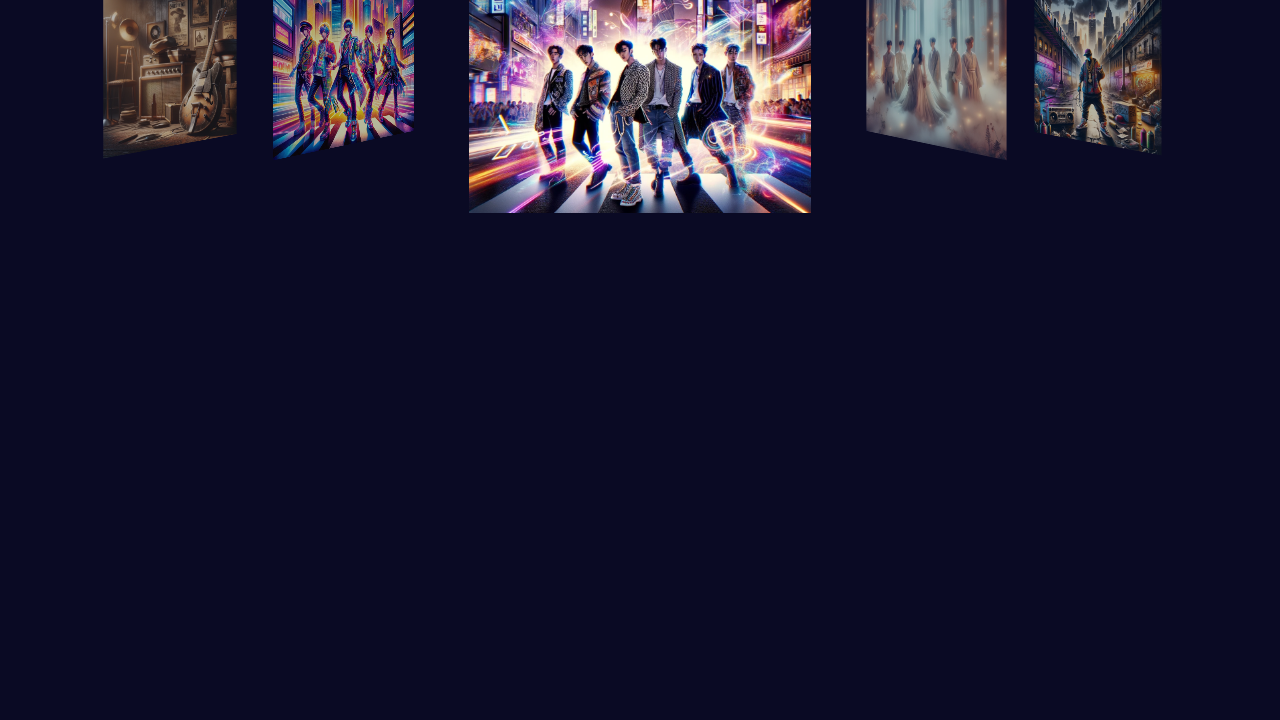
Repository: FujieRyou/2024_team
Page: /components/musicSlide
An editor plug-in stored every save of this project. The page is shown before and after the next save, followed by the edit.
The browser window is 1280 px wide. The pictures show the whole page.
The project was rebuilt for these pictures with package versions that can differ from the ones it lists, and the page was loaded fresh each time. The framework's server and built-in components were replaced by stand-ins that run in the browser. Also part of the build but not shown: next.config.js.

Above is the page before, as saved 2024-02-09 08:58:40.

### src/pages/_app.jsx
import "@/styles/ress.css"
import '@/styles/index.css'

export default function App({ Component, pageProps }) {
  return <Component {...pageProps} />
}

### src/pages/components/musicSlide.jsx
// pages/scroll2.jsx
import { useEffect, useState } from 'react';
import Image from 'next/image';

export default function Scroll2() {
    const [current, setCurrent] = useState(0);
    const sliderLength = 5; // 仮にスライダーの要素数を6とします

useEffect(() => {
        const interval = setInterval(() => {
        setCurrent((current) => (current + 1) % sliderLength);
    }, 3000);

    return () => clearInterval(interval);
}, []);

const getClassName = (index) => {
    if (index === current) return 'third';
    else if (index === (current + 1) % sliderLength) return 'fourth';
    else if (index === (current + 2) % sliderLength) return 'fifth';
    else if (index === (current - 1 + sliderLength) % sliderLength) return 'second';
    else if (index === (current - 2 + sliderLength) % sliderLength) return 'first';
    else return 'un-active';
};

return (
    <>
        <div className="scrollContent">
            <div className="scrollWrap">
                <ul className="scroll">
                    <li className={getClassName(0)}><Image src="/img/scroll.webp" alt="" width={145} height={145} /></li>
                    <li className={getClassName(1)}><Image src="/img/scroll2.webp" alt="" width={145} height={145} /></li>
                    <li className={getClassName(2)}><Image src="/img/scroll3.webp" alt="" width={145} height={145} /></li>
                    <li className={getClassName(3)}><Image src="/img/scroll4.webp" alt="" width={145} height={145} /></li>
                    <li className={getClassName(4)}><Image src="/img/scroll5.webp" alt="" width={145} height={145} /></li>
                </ul>
            </div>
        </div>
    </>
);
}

### src/styles/ress.css
/*!
 * ress.css • v4.0.0
 * MIT License
 * github.com/filipelinhares/ress
 */

/* # =================================================================
   # Global selectors
   # ================================================================= */

   html {
    box-sizing: border-box;
    -webkit-text-size-adjust: 100%; /* Prevent adjustments of font size after orientation changes in iOS */
    word-break: normal;
    -moz-tab-size: 4;
    tab-size: 4;
  }

  *,
  ::before,
  ::after {
    background-repeat: no-repeat; /* Set `background-repeat: no-repeat` to all elements and pseudo elements */
    box-sizing: inherit;
  }

  ::before,
  ::after {
    text-decoration: inherit; /* Inherit text-decoration and vertical align to ::before and ::after pseudo elements */
    vertical-align: inherit;
  }

  * {
    padding: 0; /* Reset `padding` and `margin` of all elements */
    margin: 0;
  }

  /* # =================================================================
     # General elements
     # ================================================================= */

  hr {
    overflow: visible; /* Show the overflow in Edge and IE */
    height: 0; /* Add the correct box sizing in Firefox */
    color: inherit; /* Correct border color in Firefox. */
  }

  details,
  main {
    display: block; /* Render the `main` element consistently in IE. */
  }

  summary {
    display: list-item; /* Add the correct display in all browsers */
  }

  small {
    font-size: 80%; /* Set font-size to 80% in `small` elements */
  }

  [hidden] {
    display: none; /* Add the correct display in IE */
  }

  abbr[title] {
    border-bottom: none; /* Remove the bottom border in Chrome 57 */
    /* Add the correct text decoration in Chrome, Edge, IE, Opera, and Safari */
    text-decoration: underline;
    text-decoration: underline dotted;
  }

  a {
    background-color: transparent; /* Remove the gray background on active links in IE 10 */
  }

  a:active,
  a:hover {
    outline-width: 0; /* Remove the outline when hovering in all browsers */
  }

  code,
  kbd,
  pre,
  samp {
    font-family: monospace, monospace; /* Specify the font family of code elements */
  }

  pre {
    font-size: 1em; /* Correct the odd `em` font sizing in all browsers */
  }

  b,
  strong {
    font-weight: bolder; /* Add the correct font weight in Chrome, Edge, and Safari */
  }

  /* https://gist.github.com/unruthless/413930 */
  sub,
  sup {
    font-size: 75%;
    line-height: 0;
    position: relative;
    vertical-align: baseline;
  }

  sub {
    bottom: -0.25em;
  }

  sup {
    top: -0.5em;
  }

  table {
    border-color: inherit; /* Correct border color in all Chrome, Edge, and Safari. */
    text-indent: 0; /* Remove text indentation in Chrome, Edge, and Safari */
  }

  /* # =================================================================
     # Forms
     # ================================================================= */

  input {
    border-radius: 0;
  }

  /* Replace pointer cursor in disabled elements */
  [disabled] {
    cursor: default;
  }

  [type='number']::-webkit-inner-spin-button,
  [type='number']::-webkit-outer-spin-button {
    height: auto; /* Correct the cursor style of increment and decrement buttons in Chrome */
  }

  [type='search'] {
    -webkit-appearance: textfield; /* Correct the odd appearance in Chrome and Safari */
    outline-offset: -2px; /* Correct the outline style in Safari */
  }

  [type='search']::-webkit-search-decoration {
    -webkit-appearance: none; /* Remove the inner padding in Chrome and Safari on macOS */
  }

  textarea {
    overflow: auto; /* Internet Explorer 11+ */
    resize: vertical; /* Specify textarea resizability */
  }

  button,
  input,
  optgroup,
  select,
  textarea {
    font: inherit; /* Specify font inheritance of form elements */
  }

  optgroup {
    font-weight: bold; /* Restore the font weight unset by the previous rule */
  }

  button {
    overflow: visible; /* Address `overflow` set to `hidden` in IE 8/9/10/11 */
  }

  button,
  select {
    text-transform: none; /* Firefox 40+, Internet Explorer 11- */
  }

  /* Apply cursor pointer to button elements */
  button,
  [type='button'],
  [type='reset'],
  [type='submit'],
  [role='button'] {
    cursor: pointer;
    color: inherit;
  }

  /* Remove inner padding and border in Firefox 4+ */
  button::-moz-focus-inner,
  [type='button']::-moz-focus-inner,
  [type='reset']::-moz-focus-inner,
  [type='submit']::-moz-focus-inner {
    border-style: none;
    padding: 0;
  }

  /* Replace focus style removed in the border reset above */
  button:-moz-focusring,
  [type='button']::-moz-focus-inner,
  [type='reset']::-moz-focus-inner,
  [type='submit']::-moz-focus-inner {
    outline: 1px dotted ButtonText;
  }

  button,
  html [type='button'], /* Prevent a WebKit bug where (2) destroys native `audio` and `video`controls in Android 4 */
  [type='reset'],
  [type='submit'] {
    -webkit-appearance: button; /* Correct the inability to style clickable types in iOS */
  }

  /* Remove the default button styling in all browsers */
  button,
  input,
  select,
  textarea {
    background-color: transparent;
    border-style: none;
  }

  a:focus,
  button:focus,
  input:focus,
  select:focus,
  textarea:focus {
    outline-width: 0;
  }

  /* Style select like a standard input */
  select {
    -moz-appearance: none; /* Firefox 36+ */
    -webkit-appearance: none; /* Chrome 41+ */
  }

  select::-ms-expand {
    display: none; /* Internet Explorer 11+ */
  }

  select::-ms-value {
    color: currentColor; /* Internet Explorer 11+ */
  }

  legend {
    border: 0; /* Correct `color` not being inherited in IE 8/9/10/11 */
    color: inherit; /* Correct the color inheritance from `fieldset` elements in IE */
    display: table; /* Correct the text wrapping in Edge and IE */
    max-width: 100%; /* Correct the text wrapping in Edge and IE */
    white-space: normal; /* Correct the text wrapping in Edge and IE */
    max-width: 100%; /* Correct the text wrapping in Edge 18- and IE */
  }

  ::-webkit-file-upload-button {
    /* Correct the inability to style clickable types in iOS and Safari */
    -webkit-appearance: button;
    color: inherit;
    font: inherit; /* Change font properties to `inherit` in Chrome and Safari */
  }

  /* # =================================================================
     # Specify media element style
     # ================================================================= */

  img {
    border-style: none; /* Remove border when inside `a` element in IE 8/9/10 */
  }

  /* Add the correct vertical alignment in Chrome, Firefox, and Opera */
  progress {
    vertical-align: baseline;
  }

  /* # =================================================================
     # Accessibility
     # ================================================================= */

  /* Specify the progress cursor of updating elements */
  [aria-busy='true'] {
    cursor: progress;
  }

  /* Specify the pointer cursor of trigger elements */
  [aria-controls] {
    cursor: pointer;
  }

  /* Specify the unstyled cursor of disabled, not-editable, or otherwise inoperable elements */
  [aria-disabled='true'] {
    cursor: default;
  }

### src/styles/index.css
html,body{
    width: 100vw;
    height: 100vh;
    background-color: #0A0A24;
    color: #fff;
}

nav{
    width: 100%;
    height: 81px;
    display: flex;
    justify-content: space-around;
    position: fixed;
    bottom: 0px;
    background-color: #0A0A24;
    border-top: solid 1px #8E8E8E;
}

.iconWrap{
    display: flex;
    flex-direction: column;
    align-items: center;
    justify-content: center;
}

.iconWrap div{
    display: flex;
    flex-direction: column;
    align-items: center;
    justify-content: center;
    text-decoration: none;
}

.iconWrap p{
    font-size: 10px;
    margin-top: 4px;
    color: #fff;
}

.loginWrap{
    width: 100vw;
    height: 100vh;
    padding-top: 200px;
}

.indexWrap{
    width: 100%;
    height: 100%;
}

/* h2{
    font-size: 64px;
    text-align: center;
    font-family: sans-serif;
    padding-top: 30px;
} */

.appName{
    font-size: 64px;
    text-align: center;
    font-family: sans-serif;
    padding-top: 30px;
    margin-top: 30px;
    color: #fff;
}

.signBtnWrap{
    width: 100%;
    height: auto;
}

.signBtn{
    display: flex;
    align-items: center;
    justify-content: center;
    width: 200px;
    height: 54px;
    border-radius: 30px;
    background-color: rgb(65, 243, 65);
    font-size: 16px;
    /* box-shadow: 3px 1px 3px 1px rgb(235, 235, 235); */
    margin: 0 auto;
    margin-top: 280px;
    color: #000;
    text-decoration: none;
}

.logoBox{
    width: 64px;
    height: 64px;
    background-color: gray;
    color: #fff;
    margin: 0 auto;
    display: flex;
    justify-content: center;
    align-items: center;
}

h2{
    text-align: center;
}

.searchWrap{
    margin-top: 69px;
    margin-bottom: 11px;
    padding: 0px 13px;
}

.searchTxt{
    width: 100%;
    height: 40px;
    border: solid 1px #000;
    background-color: #28376C;
    color: #fff;
    padding: 7px 18px;
    border-radius: 13px;

}

.searchBtn{
    width: 64px;
    height: 32px;
    background-color: aquamarine;
}

.searchResults{
    display: flex;
    gap: 8px;
    width: 100%;
    height: 88px;
    padding: 8px;
    overflow: hidden;
}

.searchResultsImg{
    width: 80px;
    height: 80px;
}

.searchResultsTxt p{
    width: 288px;
    font-size: 14px;
}

.genreWrap{
    padding: 0px 21px;
}

.genreWrap p{
    padding-left: 74px;
    margin-bottom: 12px;
}

.genruBtnWrap{
    display: flex;
    flex-wrap: wrap;
    padding: 0px 8px;
    gap: 16px 12px;
    margin: 0 auto;
}

.genruBtnWrap > button{
    width: 172px;
    height: 86px;
    background-color: #F42C2C;
    border-radius: 10px;
}

header{
    display: flex;
    align-items: center;
    justify-content: space-between;
    padding: 51px 30px 42px 18px;
}

.genre_wrap{
    color: #fff;
    font-size: 14px;
    text-align: center;
    font-family: 'Noto Sans JP', sans-serif;
}

/* MIX */
#mix_wrap{
    font-size: 25px;
    font-family:Impact, Haettenschweiler, 'Arial Narrow Bold', sans-serif;
    margin-left: 25px;
}

input{
    color: #fff;
}

/*genre btn*/
.switchingBtn{
    display: flex;
    justify-content: center;
    align-items: center;
    width: 154px;
    height: 42px;
    border: solid 1px #fff;
    border-radius: 5px;
    text-align: center;
    padding: 0px 5px;
}

.everyone{
    width: 80%;
    height: 80%;
    display: flex;
    align-items: center;
    justify-content: center;
    border: solid 1px #0500FF;
    border-radius: 7px;
    background-color: #36457B;
    font-size: 12px;
    font-family:  'Noto Sans JP', sans-serif;
}

.ranking{
    width: 80%;
    height: 80%;
    display: flex;
    align-items: center;
    justify-content: center;
    border-radius: 7px;
    font-size: 12px;
    font-family:  'Noto Sans JP', sans-serif;;
}

.myPageIcon{
    width: 40px;
    height: 40px;
    border-radius: 20px;
    border: solid 1px #fff;
}


/*main*/
#main_img{
    width: 100%;
    height: 200px;
    margin: 0 auto;

}

/*見出し*/
#addition_wrap{
    width: 100%;
    margin-top: 16px;
    margin-bottom: 24px;
    padding: 0px 46px 0px 15px;
    display: flex;
    align-items: center;
    justify-content: space-between;
}
.addition{
    font-size: 16px;
    font-family:  'Noto Sans JP', sans-serif;
}
.addition > span{
    font-size: 13px;
}
.dli-plus {
    display: inline-block;
    vertical-align: middle;
    justify-content: center;
    color: #fff;
    line-height: 20px;
    width: 1.5rem;
    height:0.15rem;
    background: #efefef;
    border-radius: 1rem;
    position: relative;
    top:24px;
    left:10px;
}

.dli-plus::before {
    content: '';
    position: absolute;
    top: 0;
    left: 0;
    width: 100%;
    height: 100%;
    background: inherit;
    border-radius: inherit;
    transform: rotate(90deg);

}
#addition_wrap{
    display: flex;
}
#addition_wrap  .back{
    display: block;
    background: #231815;
    width: 35px;
    height:35px;
    border-radius: 25%;
    margin-right: 50px;
}
.addition-text{
    font-size: 30px;
    font-family:'Noto Sans JP', sans-serif;

}

/*music list*/
#songContent_wrap{
    display: flex;
    width: 100%;
    justify-content: space-between;
    align-items: center;
    margin-bottom: 15px;
    padding: 0px 32px 0px 22px;
}

.song_num{
    font-size: 20px;
}

#song_wrap{
    display: flex;
    justify-content: center;
    align-items: center;
    gap: 10px;
}


.song_img{
    border: solid 1px skyblue;
    width: 70px;
    height: 70px;
}

.songtitle{
    font-size: 16px;
}
.singer{
    font-size: 14px;
}

.contributor{
    display: flex;
}
.contributor > img{
    width: 17px;
    height: 17px;
    border-radius: 20px;
    margin-right: 6px;
}
.contributor > p{
    font-size: 11px;
}

.button_wrap{
    display: flex;
    flex-direction: column;
}
.button{
    width: 20px;
    height: 20px;
    border-radius: 50%;
    background-color: #d9d9d9;
    display: flex;
    justify-content: center;
}

.button p{
    display: flex;
    justify-content: center;
    align-items: center;
    text-align: center;
    gap: 3px;
}

.button p span{
    width: 3px;
    height: 3px;
    border-radius: 50%;
    background-color: #000;

}

/* アニメーションのキーフレーム定義 */
@keyframes slideInLeft {
    from {
    transform: translateX(-100%);
    opacity: 0;
    }
    to {
    transform: translateX(0);
    opacity: 1;
    }
}

@keyframes slideInRight {
    from {
    transform: translateX(100%);
    opacity: 0;
    }
    to {
    transform: translateX(0);
    opacity: 1;
    }
}

  /* アニメーションを適用するクラス */
.slide-in-left {
    animation: slideInLeft 0.5s forwards;
}

.slide-in-right {
    animation: slideInRight 0.5s forwards;
}



.scrollContent {
    position: relative;
    width: 100vw;
    margin: 0 auto;
}
.scrollWrap {
    width: 100%;
    display: flex;
    justify-content: center;
    align-items: center;
    height: 100px;
}
.scrollWrap > .scroll > li {
    transition: all 0.5s ease-in-out, left 0.5s ease, right 0.5s ease;
    position: absolute;
}
.scroll {
    display: flex;
    justify-content: center;
    align-items: center;
    perspective-origin: center center;
    transform-origin: center center;
    perspective: 600px;
}

li {
    list-style-type: none;
}

.first {
    transform: translateX(-600px) translateZ(-180px) translateY(25px) rotateY(85deg);
    opacity: 0.7;
}

.second {
    transform: translateX(-300px) translateZ(-30px) rotateY(75deg);
    opacity: 0.7;
}

.third {
    transform: translateY(-3px) translateZ(250px);
    text-align: center;
}

.fourth {
    transform: translateX(300px) translateZ(-30px) rotateY(-75deg);
    opacity: 0.7;
}

.fifth {
    transform: translateX(600px) translateZ(-200px) translateY(25px)
    rotateY(-85deg);
    opacity: 0.7;
    z-index: 1;
}

li img {
    width: 200px;
    height: 200px;
    object-fit: contain;
}
.un-active {
    opacity: 0;
}

Loaded but not shown: src/pages/_document.jsx (common file)

After the next save:
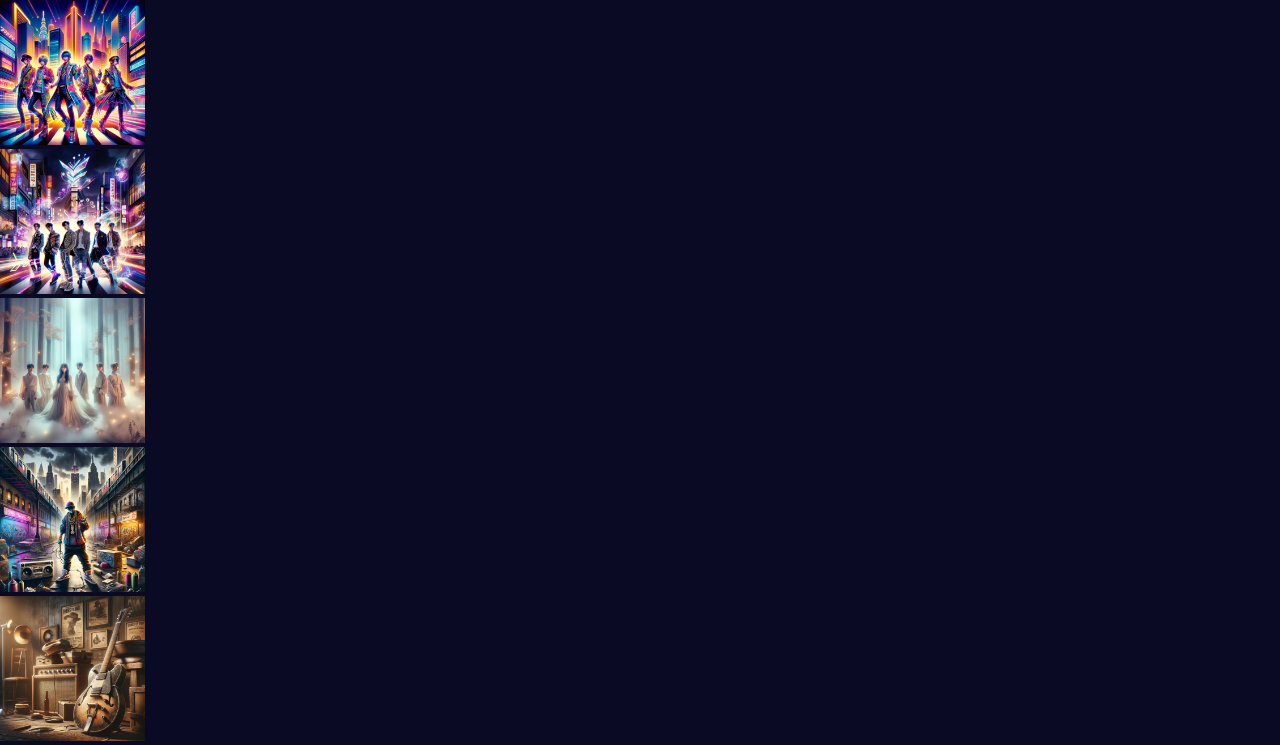
Saved 32 s later.
--- a/src/styles/index.css
+++ b/src/styles/index.css
@@ -421,7 +421,7 @@ input{
     width: 100vw;
     margin: 0 auto;
 }
-.scrollWrap {
+/* .scrollWrap {
     width: 100%;
     display: flex;
     justify-content: center;
@@ -479,4 +479,4 @@ li img {
 }
 .un-active {
     opacity: 0;
-}
+} */
